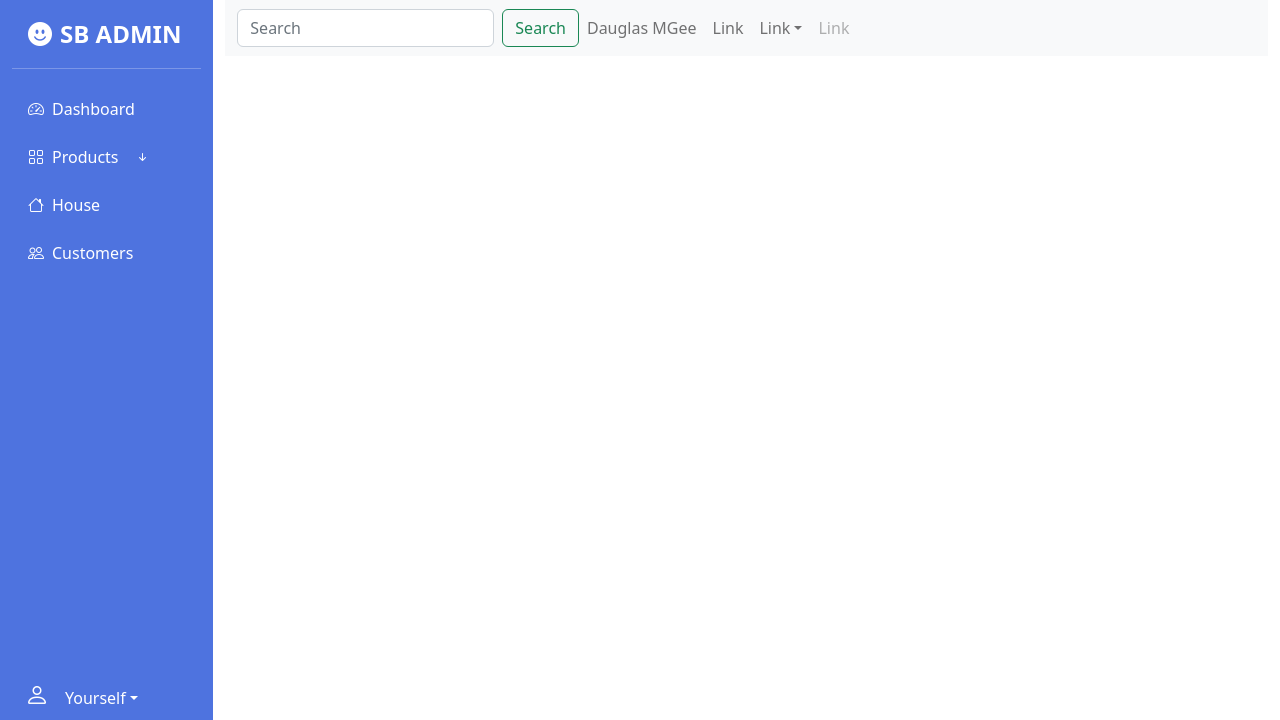
Repository: iqbalaamir/dashboard
Page: /
An editor plug-in stored every save of this project. The page is shown before and after the next save, followed by the edit.
The browser window is 1280 px wide. The pictures show the whole page.
The project was rebuilt for these pictures with package versions that can differ from the ones it lists, and the page was loaded fresh each time. Also part of the build but not shown: src/App.css.

Above is the page before, as saved 2023-04-24 17:44:33.

### src/App.js
import "./App.css";
import Sidebar from "./components/Sidebar";


function App() {
  return (
<div>
  <Sidebar/>
</div>
  );
}

export default App;

### src/components/Sidebar.js
import React from "react";
import "bootstrap/dist/css/bootstrap.min.css";
import "bootstrap-icons/font/bootstrap-icons.css";
import "bootstrap/js/dist/dropdown";
import "bootstrap/js/dist/collapse";
import "./sidebar.css";
import NavbarComponent from "./NavbarComponent";

export default function Sidebar() {
  return (
    <div className="container-fluid">
      <div className="row">
        <div className="col-auto col-sm-2 sideNav d-flex flex-column justify-content-between min-vh-100">
          <div className="mt-3">
            <a
              className="text-decoration-none ms-3 d-flex align-items-center text-white customHeading"
              role="button"
            >
                 <i className="bi bi-emoji-smile-fill"></i>
              <span className="ms-2 d-none d-sm-inline">SB ADMIN</span>
            </a>
            <hr className="text-white d-none d-sm-block"></hr>
            <ul class="nav nav-pills flex-column mt-2 mt-sm-0" id="parentM">
              <li class="nav-item  my-1 py-2 py-sm-0">
                <a
                  class="nav-link text-white text-center text-sm-start"
                  href="#"
                  aria-current="page"
                >
                  <i className="bi bi-speedometer2"></i>
                  <span className="ms-2 d-none d-sm-inline">Dashboard</span>
                </a>
              </li>
              <li class="nav-item  my-1 py-2 py-sm-0">
                <a
                  class="nav-link text-white text-center text-sm-start"
                  href="#submenu"
                  data-bs-toggle="collapse"
                  aria-current="page"
                >
                  <i className="bi bi-grid"></i>
                  <span className="ms-2 d-none d-sm-inline">Products</span>
                  <i className="bi bi-arrow-down-short ms-0 ms-sm-3"></i>
                </a>
                <ul
                  class="nav collapse ms-2 flex-column"
                  id="submenu"
                  data-bs-parent="#parentM"
                >
                  <li class="nav-item ">
                    <a class="nav-link text-white" href="#" aria-current="page">
                      <span className="d-none d-sm-inline"> Item</span>1
                    </a>
                  </li>
                  <li class="nav-item ">
                    <a class="nav-link text-white" href="#">
                      <span className="d-none d-sm-inline"> Item</span>2
                    </a>
                  </li>
                </ul>
              </li>
              <li class="nav-item  my-1">
                <a
                  class="nav-link text-white text-center text-sm-start"
                  href="#"
                  aria-current="page"
                >
                  <i className="bi bi-house"></i>
                  <span className="ms-2 d-none d-sm-inline">House</span>
                </a>
              </li>
              <li class="nav-item text-white my-1">
                <a
                  class="nav-link text-white text-center text-sm-start"
                  href="#"
                  aria-current="page"
                >
                  <i className="bi bi-people"></i>
                  <span className="ms-2 d-none d-sm-inline">Customers</span>
                </a>
              </li>
            </ul>
          </div>
          <div class="dropdown open">
            <a
              class="btn border-none dropdown-toggle text-white"
              type="button"
              id="triggerId"
              data-bs-toggle="dropdown"
              aria-haspopup="true"
              aria-expanded="false"
            >
              <i className="bi bi-person fs-4"></i>
              <span className="f5-5 ms-3 d-none d-sm-inline">Yourself</span>
            </a>
            <div class="dropdown-menu" aria-labelledby="triggerId">
              <a class="dropdown-item" href="#">
                Profile
              </a>
              <a class="dropdown-item" href="#">
                Setting
              </a>
            </div>
          </div>

        </div>
        <div className="col">
       <NavbarComponent/>
        </div>

      </div>
    </div>
  );
}

### src/components/sidebar.css
#parentM li a:hover {
    background-color: #9eacd4;

}
.sideNav{
   background-color: #4e73df;
}
.customHeading{
    font-weight: bold;
    font-size: x-large;
}

### src/components/NavbarComponent.js
import Button from 'react-bootstrap/Button';
import Container from 'react-bootstrap/Container';
import Form from 'react-bootstrap/Form';
import Nav from 'react-bootstrap/Nav';
import Navbar from 'react-bootstrap/Navbar';
import NavDropdown from 'react-bootstrap/NavDropdown';

function NavbarComponent() {
  return (
    <Navbar bg="light" expand="lg">
      <Container fluid>
        <Navbar.Toggle aria-controls="navbarScroll" />
        <Navbar.Collapse id="navbarScroll">
        <Form className="d-flex">
            <Form.Control
              type="search"
              placeholder="Search"
              className="me-2"
              aria-label="Search"
            />
            <Button variant="outline-success">Search</Button>
          </Form>
          <Nav
            className="me-auto my-2 my-lg-0"
            style={{ maxHeight: '100px' }}
            navbarScroll
          >
            <Nav.Link href="#action1">Dauglas MGee</Nav.Link>
            <Nav.Link href="#action2">Link</Nav.Link>
            <NavDropdown title="Link" id="navbarScrollingDropdown">
              <NavDropdown.Item href="#action3">Action</NavDropdown.Item>
              <NavDropdown.Item href="#action4">
                Another action
              </NavDropdown.Item>
              <NavDropdown.Divider />
              <NavDropdown.Item href="#action5">
                Something else here
              </NavDropdown.Item>
            </NavDropdown>
            <Nav.Link href="#" disabled>
              Link
            </Nav.Link>
          </Nav>

        </Navbar.Collapse>
      </Container>
    </Navbar>
  );
}

export default NavbarComponent;

Loaded but not shown: public/index.html (common file); src/index.js (common file); src/index.css (common file); src/reportWebVitals.js (common file)

After the next save:
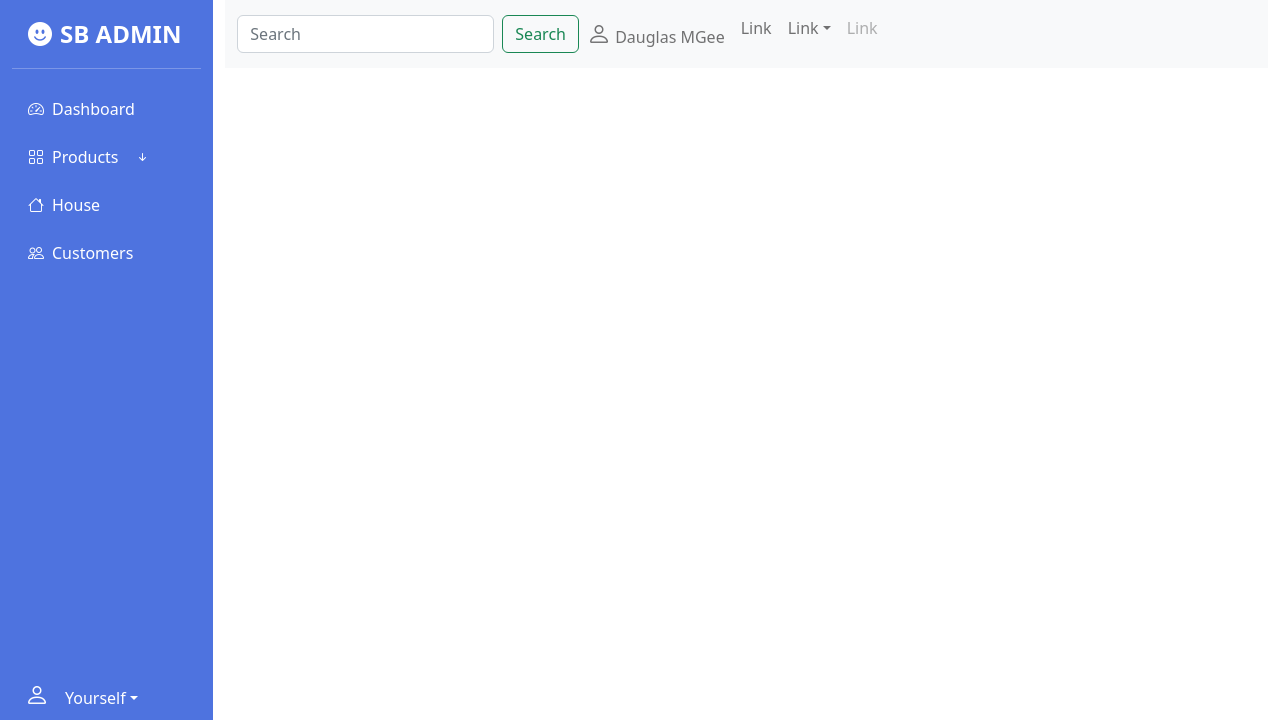
Saved 25 s later.
--- a/src/components/NavbarComponent.js
+++ b/src/components/NavbarComponent.js
@@ -25,7 +25,8 @@ function NavbarComponent() {
             style={{ maxHeight: '100px' }}
             navbarScroll
           >
-            <Nav.Link href="#action1">Dauglas MGee</Nav.Link>
+
+            <Nav.Link href="#action1">    <i className="bi bi-person fs-4"></i> <span>Dauglas MGee</span></Nav.Link>
             <Nav.Link href="#action2">Link</Nav.Link>
             <NavDropdown title="Link" id="navbarScrollingDropdown">
               <NavDropdown.Item href="#action3">Action</NavDropdown.Item>
